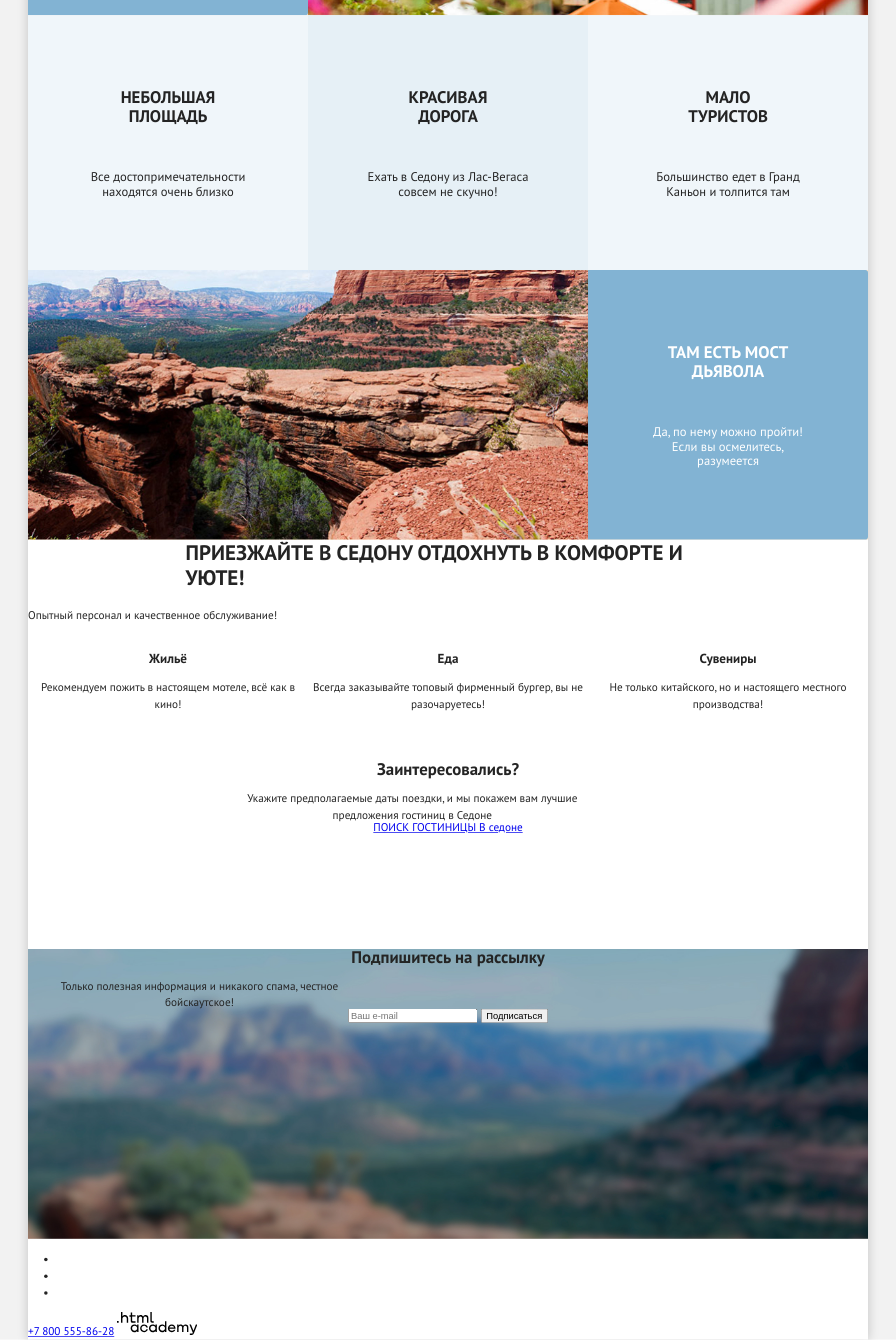
Repository: zakhgagne/2512253-sedona-1
Page: index.html
These files come from the project's save history. The page is drawn as it stood at one moment and after the next save; the edit follows.
The browser window is 1280 px wide. The pictures show the part of the page from y = 1194 to 3114 px (the page is 3108 px tall before and 3114 px after), at 70% of full size.

Above is the page before, as saved 2024-05-11 14:10:30.

### index.html
<!DOCTYPE html>
<html lang="ru">

  <head>
    <meta charset="utf-8">
    <title>Сайт города Седона</title>
    <link rel="stylesheet" href="styles/styles.css">
  </head>

  <body>
    <div class="container">
      <header class="header">
        <a class="logo-link" href="#">
          <img class="logo-image" src="./images/logo.svg" alt="Любимая Седона" width="" height="">
        </a>
        <nav class="navigation">
          <ul class="main-menu">
            <li class="menu-item">
              <a href="./index.html" class="menu-link">Главная</a>
            </li>
            <li class="menu-item">
              <a href="#" class="menu-link">О Седоне</a>
            </li>
            <li class="menu-item">
              <a href="./catalog.html" class="menu-link">Гостиницы</a>
            </li>
          </ul>
          <ul class="user-menu">
            <li class="user-menu-item">
              <a href="#" class="user-menu-link">
                <span class="visually-hidden">Поиск</span>
              </a>
            </li>
            <li class="user-menu-item">
              <a href="#" class="user-menu-link">
                <span class="visually-hidden">Избранное</span>
                <span class="like-number">12</span>
              </a>
            </li>
            <li class="user-menu-item">
              <a href="#" class="user-menu-link">Хочу сюда!</a>
            </li>
          </ul>
        </nav>
      </header>
      <main class="main-container">
        <h1 class="visually-hidden">Cайт города Седона</h1>
        <section class="welcome">
          <h2 class="visually-hidden">Приглашение</h2>
          <img src="./images/welcome.svg" class="welcome-image" width="" height="" alt="Welcome">
        </section>

        <section class="city">
          <h2 class="city-title">Седона — небольшой городок в Аризоне, заслуживающий большего!</h2>
          <p class="city-subtitle">Рассмотрим причины, по которым Седона круче, чем Гранд-каньон!</p>

          <ul class="reason-list">
            <li class="reason-item reason-item-special">
              <div class="reason-container">
                <h3 class="reason-title">Настоящий городок</h3>
                <p class="reason-text">Седона — не аттракцион для туристов, там течёт своя жизнь</p>
              </div>
              <img src="./images/photo-1.jpg" class="reason-image" width="" height="">
            </li>
            <li class="reason-item">
              <div class="reason-container">
                <h3 class="reason-title">Небольшая площадь</h3>
                <p class="reason-text">Все достопримечательности находятся очень близко</p>
              </div>
            </li>
            <li class="reason-item">
              <div class="reason-container">
                <h3 class="reason-title">Красивая дорога</h3>
                <p class="reason-text">Ехать в Седону из Лас-Вегаса совсем не скучно!</p>
              </div>
            </li>
            <li class="reason-item">
              <div class="reason-container">
                <h3 class="reason-title">Мало туристов</h3>
                <p class="reason-text">Большинство едет в Гранд Каньон и толпится там</p>
              </div>
            </li>
            <li class="reason-item reason-item-special">
              <img src="./images/photo-2.jpg" class="reason-image" width="" height="">
              <div class="reason-container">
                <h3 class="reason-title">Там есть мост дьявола</h3>
                <p class="reason-text">Да, по нему можно пройти! Если вы осмелитесь, разумеется</p>
              </div>
            </li>
          </ul>
        </section>

        <section class="city-welcome">
          <h2 class="desription">Приезжайте в Седону отдохнуть в комфорте и уюте!</h2>
          <p class="simple-text">Опытный персонал и качественное обслуживание!</p>

          <ul class="comfort-list">
            <li class="comfort-item">
              <h3 class="comfort-title">Жильё</h3>
              <p class="comfort-text">Рекомендуем пожить в настоящем мотеле, всё как в кино!</p>
            </li>
            <li class="comfort-item">
              <h3 class="comfort-title">Еда</h3>
              <p class="comfort-text">Всегда заказывайте топовый фирменный бургер, вы не разочаруетесь!</p>
            </li>
            <li class="comfort-item">
              <h3 class="comfort-title">Сувениры</h3>
              <p class="comfort-text">Не только китайского, но и настоящего местного производства!</p>
            </li>
          </ul>
        </section>

        <section class="interest">
          <h2 class="desription">Заинтересовались?</h2>
          <p class="simple-text">Укажите предполагаемые даты поездки, и мы покажем вам лучшие предложения гостиниц в
            Седоне</p>
          <a href="#" class="button-search-motel">ПОИСК ГОСТИНИЦЫ В седоне</a>
        </section>

      </main>

      <footer>
        <section class="news-letter">
          <h2 class="desription">Подпишитесь на рассылку</h2>
          <p class="simple-text">Только полезная информация и никакого спама, честное бойскаутское!</p>

          <form class="subscribe-form" action="https://echo.htmlacademy.ru/" method="post">
            <input class="field" placeholder="Ваш e-mail" type="email" name="distribution-email" required>
            <button class="subscribe-form-button" type="submit">Подписаться</button>
          </form>
        </section>
        <div class="footer-container">
          <section class="contacts">
            <h2 class="visually-hidden">Контакты</h2>
            <ul class="contact-list">
              <li class="contact-list-item">
                <a href="#" class="contact-list-link">
                  <p class="visually-hidden">Вконтакте</p>
                </a>
              </li>
              <li class="contact-list-item">
                <a href="#" class="contact-list-link">
                  <p class="visually-hidden">Телеграм</p>
                </a>
              </li>
              <li class="contact-list-item">
                <a href="#" class="contact-list-link">
                  <p class="visually-hidden">Ютуб</p>
                </a>
              </li>
            </ul>
            <a class="footer-contacts-address-phone" href="tel:+78005558628">+7 800 555-86-28</a>
            <a class="htmlacademy-link" href="https://htmlacademy.ru/">
              <img src="./images/logo-academy.svg" width="" height="" alt="Академия">
            </a>
          </section>
        </div>
      </footer>
    </div>
  </body>

</html>

### styles/styles.css
@font-face {
  font-family: "PT Sans";
  font-style: normal;
  font-weight: 400;
  src: url("../fonts/ptsans-400.woff2") format("woff2");
  font-display: swap;
}

@font-face {
  font-family: "PT Sans";
  font-style: normal;
  font-weight: 700;
  src: url("../fonts/ptsans-700.woff2") format("woff2");
  font-display: swap;
}


body {
  margin: 0;
  font-family: "PT Sans", "Arial", sans-serif;
  font-size: 16px;
  line-height: 24px;
  color: #242424;
  background-color: #f2f2f2;
}

.visually-hidden {
  display: none;
}

.container {
  width: 1200px;
  margin: 0 auto;
  background-color: #ffffff;
  box-shadow: 0 0 15px rgba(0, 0, 0, 0.2);
}

.header {
  background-color: #ffffff;
  position: relative;
  padding: 0 68px 0 238px;
}

.logo-link {
  position: absolute;
  top: 0;
  left: 70px;
}

.logo-image {}

.navigation {
  display: flex;
  justify-content: space-between;
}

.main-menu {
  padding: 0;
  margin: 0;
  list-style: none;
  display: flex;
  width: 500px;
  flex-wrap: wrap;
}

.menu-item {}

.menu-link {
  font-size: 20px;
  font-weight: 700;
  line-height: 24px;
  color: #000000;
  text-decoration: none;
  display: block;
  padding: 20px 16px;

}

.menu-item:nth-child(1) {
  /* background-color: red; */
}

.menu-item:nth-child(2) {
  /* background-color: blue; */
}

.menu-item:nth-child(3) {
  /* background-color: red; */
}

.user-menu {
  padding: 0;
  margin: 0;
  list-style: none;
  display: flex;
}

.welcome {
  background-color: #aec5d1;
  background-image: url("../images/white-crown.svg"), url("../images/index-background.jpg");
  background-repeat: no-repeat;
  background-position: center bottom, center top;
  background-size: 1200px 57px, cover;
  padding-top: 51px;
  padding-bottom: 82px;
  min-height: 352px;
}

.welcome-image {
  display: block;
  margin: 0 auto;
}

.city {
  text-align: center;
  padding-top: 70px;
}

.city-title {
  padding: 0;
  margin: 0 auto 24px;
  font-size: 30px;
  font-weight: 700;
  line-height: 36px;
  text-transform: uppercase;
  width: 750px;

}

.city-subtitle {
  padding: 0;
  margin: 0 auto 90px;
  font-size: 22px;
  font-weight: 400;
  line-height: 26px;
  width: 750px;
}

.reason-list {
  display: flex;
  justify-content: space-between;
  text-align: center;
  padding: 0;
  margin: 0;
  list-style: none;
  flex-wrap: wrap;
}

.reason-item {
  display: flex;
  background-color: bisque;
}

.reason-container {
  width: 400px;
  padding-top: 103px;
  padding-bottom: 102px;
}

.reason-title {
  margin: 0 auto 61px;
  padding: 0;
  font-size: 24px;
  font-weight: 700;
  line-height: 28px;
  width: 175px;
  text-transform: uppercase;

}

.reason-text {
  padding: 0;
  margin: 0 auto;
  font-size: 18px;
  font-weight: 400;
  line-height: 21px;
  width: 231px;
}

.reason-item:nth-child(2n) {
  background-color: #f0f6fa;
}
.reason-item:nth-child(3n) {
  background-color: #e6f0f6;
}
.reason-item-special .reason-container {
  background-color: #82B3D3;
  border-radius: 0px 4px 4px 0px;
  color: #FFFFFF;

}

.comfort-list {
  display: flex;
  justify-content: space-between;
  text-align: center;
  padding: 0;
  margin: 0;
  list-style: none;
}

.comfort-item {
  width: 400px;
}

.interest {
  text-align: center;
  margin: 54px auto;
  height: 214px;
  width: 592px;
}

.desription {
  padding: 0;
  margin: 0;
}

.footer-container {
  display: flex;
  margin: 0 auto;
}


.news-letter {
  background-image: url("../images/subscribe.jpg");
  background-repeat: no-repeat;
  min-height: 414px;
  text-align: center;

  /*width: 684px;*/
}

.city-welcome .desription {
  padding: 0;
    margin: 0 auto 24px;
    font-size: 30px;
    font-weight: 700;
    line-height: 36px;
    text-transform: uppercase;
    width: 750px;
}

.simple-text {
width: 490px;
  height: 26px;
}

After the next save:
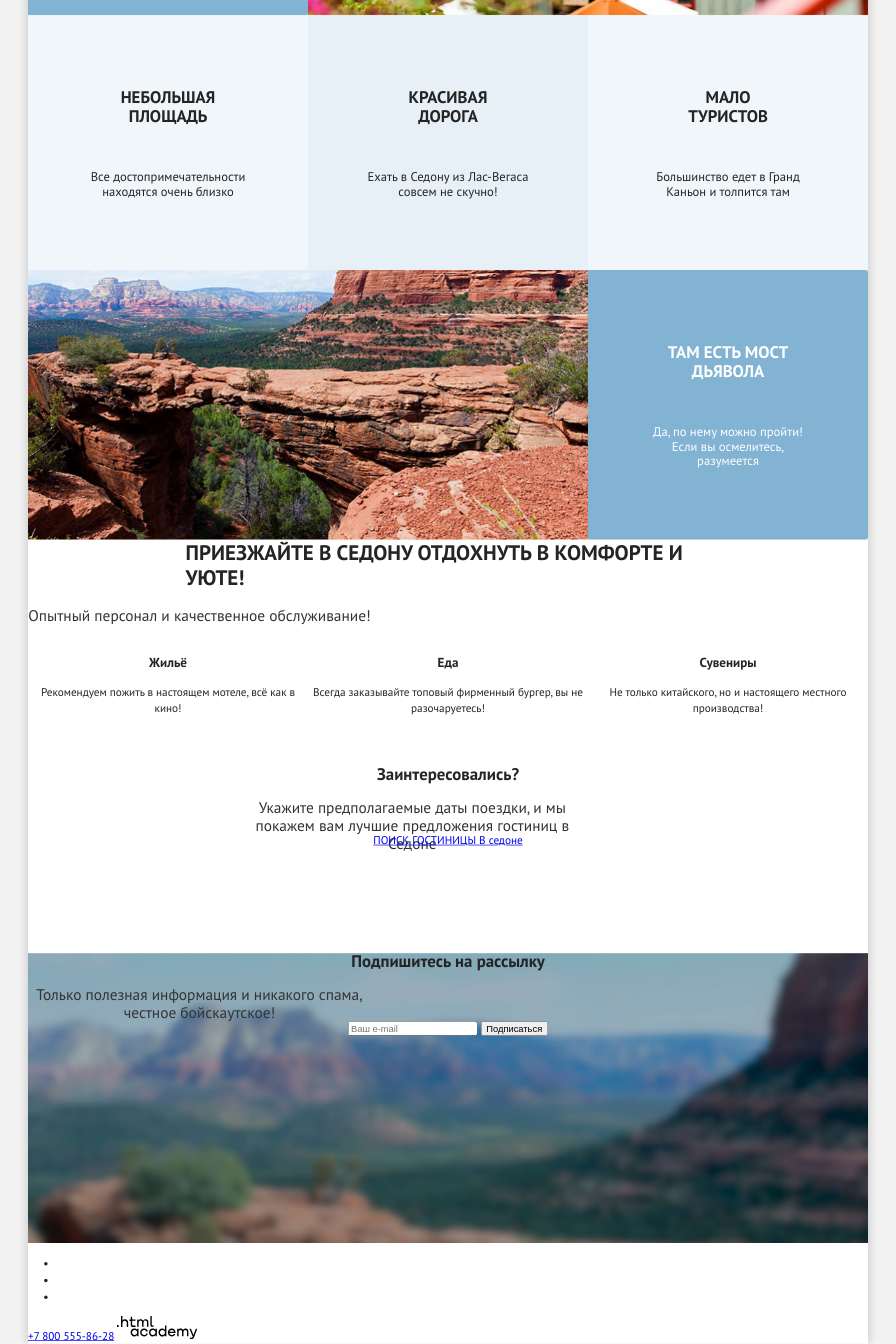
Saved 33 s later.
--- a/styles/styles.css
+++ b/styles/styles.css
@@ -243,4 +243,16 @@ body {
 .simple-text {
 width: 490px;
   height: 26px;
-}
+
+  /* Texts/Text basic */
+  font-family: 'PT Sans';
+  font-style: normal;
+  font-weight: 400;
+  font-size: 22px;
+  line-height: 26px;
+  /* identical to box height, or 118% */
+  text-align: center;
+
+  /* Texts/second */
+  color: #333333;
+}
